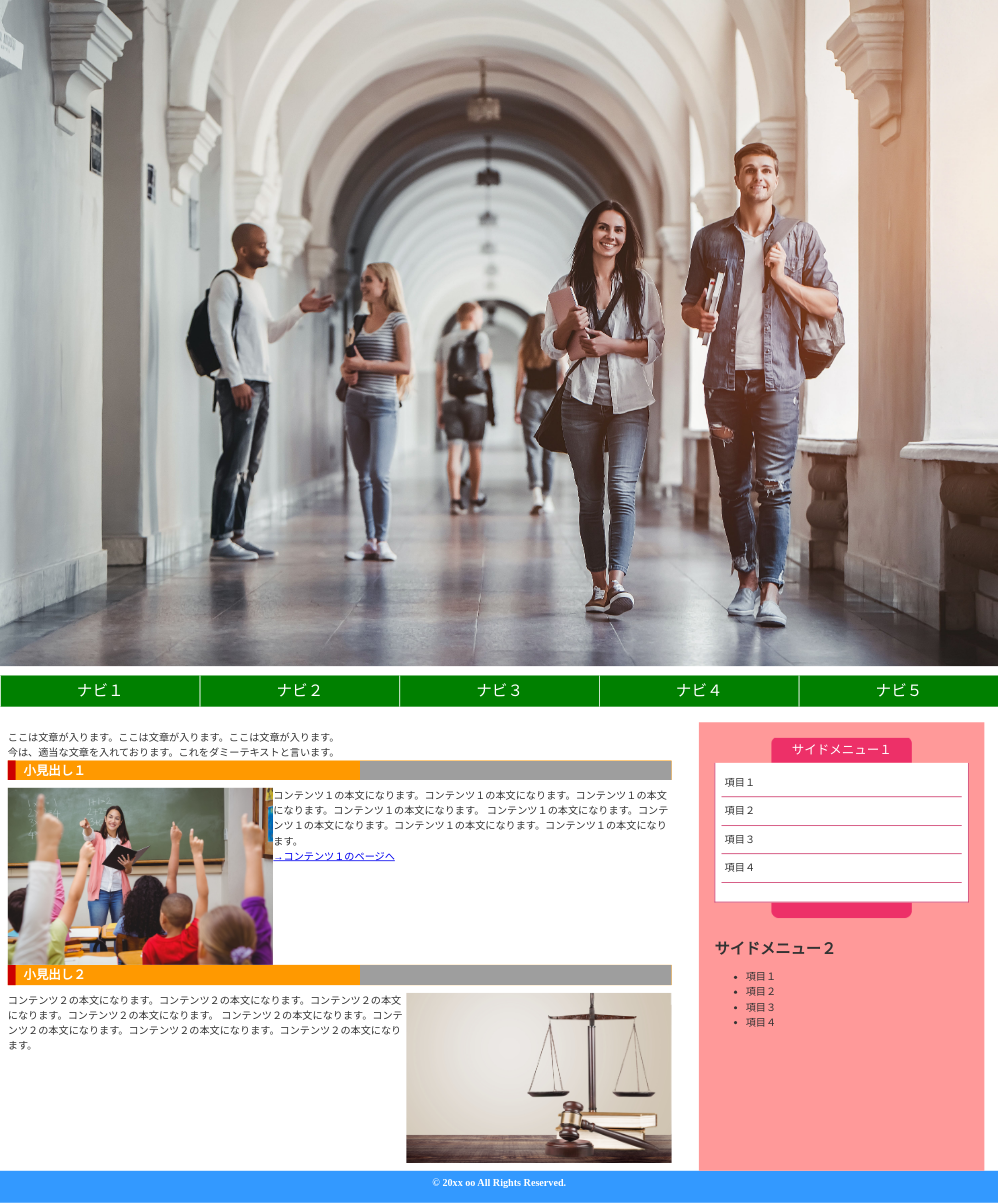
Repository: okuma0090/samurai_HTML-CSS
Page: home.html
The author's editor kept a record of every edit. The page is drawn from the files as they stood at one moment, then again after the next edit.
The browser window is 1280 px wide. The pictures show the whole page, at 78% of full size.
Pictures or frames that could not be fetched are drawn as grey boxes.

Above is the page before.

### home.html
<!DOCTYPE html>
<html lang="ja">
<head>
    <meta charset="UTF-8">
    <title>HTML/CSSの学習</title>
    <!--stylesheet.cssの読み込み -->
    <link rel="stylesheet"href="stylesheet.css">
</head>
<body>
    <div id="header">
        <h1><a href="index.html"><img id="corridor"src="images/corridor.jpg"alt="大学の廊下"/></a></h1></a></h1>
    </div>
    <div id="wrapper">
        <div id="nav">
            <ul>
                <li><a href="home.html">ナビ１</a></li>
                <li><a href="#">ナビ２</a></li>
                <li><a href="#">ナビ３</a></li>
                <li><a href="#">ナビ４</a></li>
                <li><a href="#">ナビ５</a></li>
            </ul>
        </div>
        <div id="container">
            <div id="main">
                <div class="post">
                    <p>ここは文章が入ります。ここは文章が入ります。ここは文章が入ります。<br />今は、適当な文章を入れております。これをダミーテキストと言います。</p>
                    </div>
                    <div class="post clearfix">
                        <h2>小見出し１</h2>
                        <img class="left" src="images/classroom.jpg" alt"授業風景" />
                        <p>
                            コンテンツ１の本文になります。コンテンツ１の本文になります。コンテンツ１の本文になります。コンテンツ１の本文になります。
                            コンテンツ１の本文になります。コンテンツ１の本文になります。コンテンツ１の本文になります。コンテンツ１の本文になります。
                        </p>
                        <p><a href="#">→コンテンツ１のページへ</a></p>
                    </div>
                        <div class="post clearfix">
                            <h2>小見出し２</h2>
                            <img class="right" src="images/scale.jpg" alt="天秤"/>
                            <p>
                                コンテンツ２の本文になります。コンテンツ２の本文になります。コンテンツ２の本文になります。コンテンツ２の本文になります。
                                コンテンツ２の本文になります。コンテンツ２の本文になります。コンテンツ２の本文になります。コンテンツ２の本文になります。
                            </p>
                        </div>
                </div>
                <div id="side">
                    <div class="box">
                        <h2>サイドメニュー１</h2>
                        <div class="boxBody">
                            <ul>
                                <li>項目１</li>
                                <li>項目２</li>
                                <li>項目３</li>
                                <li>項目４</li>
                            </ul>
                        </div>
                    </div>
                    <div class"box">
                        <h2>サイドメニュー２</h2>
                        <div class="boxBody">
                            <ul>
                                <li>項目１</li>
                                <li>項目２</li>
                                <li>項目３</li>
                                <li>項目４</li>
                            </ul>
                        </div>
                    </div>
                </div>
        </div>
    </div>
    <div id="footer">
        <p>&copy; 20xx oo All Rights Reserved.</p>
    </div>
</body>
</html>

### stylesheet.css
@charset"utf-8";


body{
    margin:0;
    padding:0;
    font-family:"ヒラギノ角ゴ　Pro W3","Hiragino Kaku Gothic Pro","メイリオ";
    color: #333;
    font-size: 13px;
    line-height: 150%;
}

/*--------------------wrapper--------------------*/
#wrapper{
    width: 100%;
    margin:auto;
    padding: 0px;
    border:0px;
    background-color: #FFF;
    top:10px;
    position: relative;
}

/*-------------------- header --------------------*/
#header {
    width: 100%;
}
#header h1{
    margin: 0;
    padding: 0;
}

#corridor {
    width: 100%;
    height:auto;
}

/*-------------------- footer --------------------*/
#footer{
    clear: both;
    width: 100%;
    padding: 3px 0 3px 0;
    background: #39F;
    color: #FFF;
    font-weight: bold;
    text-align: center;
}

/*-------------------- nav ----------------------*/
#nav {
    width:100%;
}
#nav ul {
    display: flex;
    margin: 0;
    padding: 0;
    list-style-type: none;
}
#nav ul li {
    width: 20%;
    text-align: center;
}

#nav ul li a {
    display: block;
    height:20px;
    margin: 0;
    padding: 10px;
    color:  #FFF;
    font-size: 20px;
    text-decoration: none;
    background-color: green;
    border-left:1px solid white;
}

#nav ul li a:hover{
    filter: drop-shadow(10px 10px 10px black);
}


/*-------------------- container -------------------*/
#container {
    width: 100%;
    margin: auto;
    padding-top: 20px;
    clear: both;
display: grid;
grid-template-columns: 70vw 30vw;
}
/*-------------------- main --------------------*/
#main {
    width: 95%;
    padding: 10px 30px 10px 10px;
}
#main h2{
    margin: 0 0 10px 0;
    padding: 3px 10px 3px 10px;
    color: #FFF;
    font-size:16px;
    border-left:solid 10px #C00;
    background: #F90 url(..images/main_h2.png) right top repeat-y;
}
#main p{
    margin:0;
    padding:0;
}
#main.post img.right {
    margin: 0 0 0 8px;
}
#main.post img.left{
    margin:0 8px 0 0;
}

.right{
    float: right;
    width: 40%;
    height:auto;
    }

.left{
    float: left;
    width: 40%;
    height: auto;
}

/*-------------------- clearfix ----------------------*/
.clearfix{
    zoom:1;
}
.clearfix:after{
    content:"";
    display: block;
    clear: both;
}


 /* -------------------- side -------------------- */
 #side {
 	 width: 85%;
 	 padding: 20px;
 	 background-color: #F99;
 }
 #side .box {
 	 margin: 0 auto 30px auto;
 	 padding: 0 0 20px 0;
 	 background: url(images/side_box.png) bottom no-repeat;
 }
 #side .box h2 {
 	 margin: 0;
 	 padding: 8px;
 	 text-align: center;
 	 color: #fff;
 	 font-size: 16px;
 	 line-height: 16px;
 	 font-weight: normal;
 	 background: url(images/side_box_h2.png) center no-repeat;
 }


 #side .box .boxBody {
 	 padding: 8px;
 	 border-right: solid 1px #C36;
 	 border-bottom: solid 1px #C36;
 	 border-left: solid 1px #C36;
	 background: #fff;
 }
 #side .box .boxBody ul {
 	 margin: 0 0 16px 0;
 	 padding: 0;
 }
 #side .box .boxBody ul li {
 	 padding: 8px 0 8px 4px;
 	 list-style: none;
 	 border-bottom: solid 1px #C36;
 }

 #side .box .boxBody ul li:hover{
     padding: 8px 0 8px 4px;
     list-style: none;
     border-bottom: solid 1px #C36;
     box-shadow: 0px 4px 4px rgba(0, 0, 0, 0.3);
 }

After the next edit:
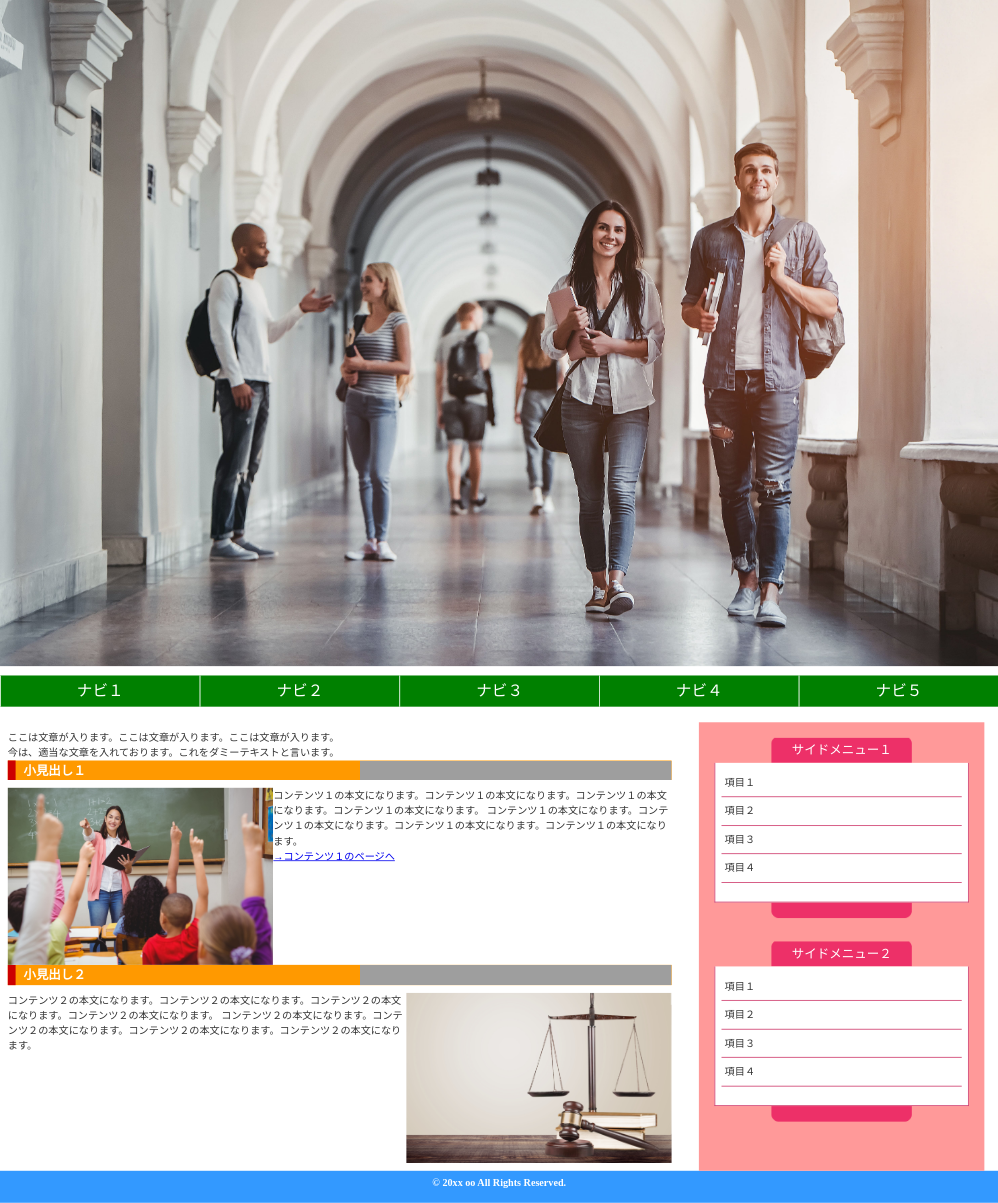
The edit:
--- a/home.html
+++ b/home.html
@@ -55,7 +55,7 @@
                             </ul>
                         </div>
                     </div>
-                    <div class"box">
+                    <div class="box">
                         <h2>サイドメニュー２</h2>
                         <div class="boxBody">
                             <ul>
